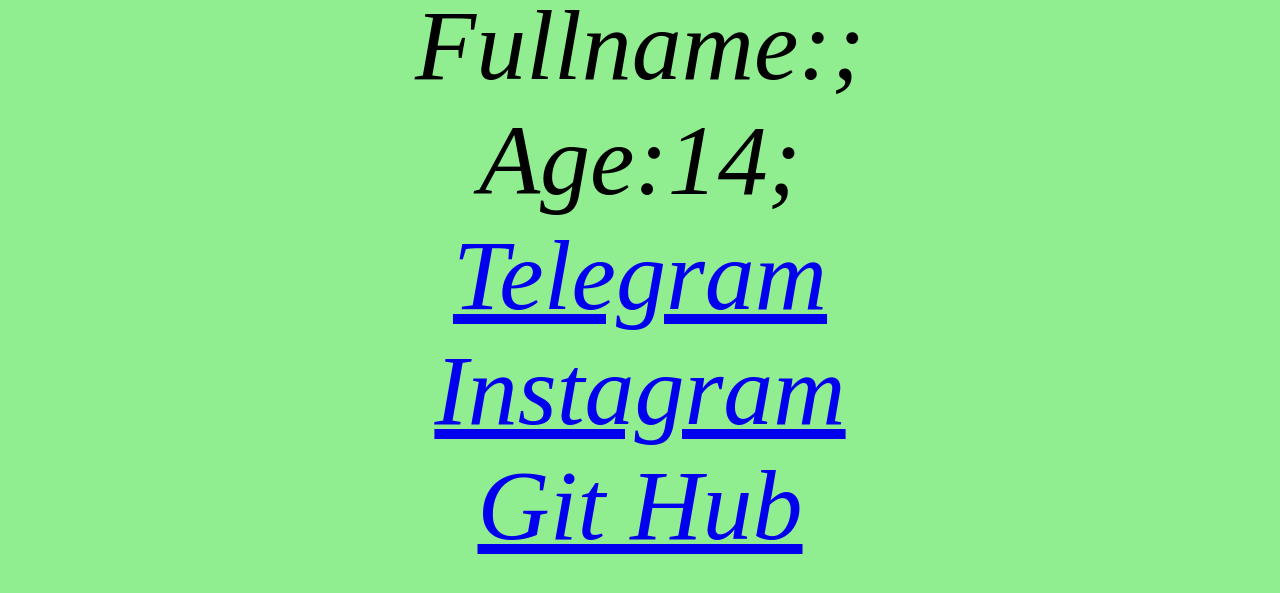
Repository: KHANas02/JS_first-lesson
Page: portfolio.html
The author's editor kept a copy of each file at every save. The page is drawn from the files as they stood at one save, then again after the next save.
The browser window is 1280 px wide. The pictures show the whole page.

Above is the page before, as saved 2024-03-23 09:49:40.

### portfolio.html
<!DOCTYPE html>
<html lang="en">
  <head>
    <meta charset="UTF-8" />
    <meta name="viewport" content="width=device-width, initial-scale=1.0" />
    <title>About me</title>
    <link rel="stylesheet" href="./index.html" />
    <style>
      body {
        background-color: lightgreen;
        text-align: center;
        position: relative;
        bottom: 20px;
      }
      a:hover {
        scale: 125%;
      }
      em:hover {
        scale: 90%;
      }
      em {
        font-size: 100px;
        font-weight: 100px;
      }
      a {
        color: lig;
        font-size: 100px;
        font-weight: 100px;
      }
    </style>
  </head>
  <body>
    <address>
      <em> Fullname:;</em>
      <br />
      <em> Age:14;</em><br />
      <a target="_blank" href="https://t.me/wzb_02">Telegram</a>
      <br />
      <a target="_blank" href="#">Instagram</a>
      <br />
      <a target="_blank" href="https://github.com/KHANas02">Git Hub</a>
    </address>
  </body>
</html>

### index.html
<!DOCTYPE html>
<html lang="en">
  <head>
    <meta charset="UTF-8" />
    <meta name="viewport" content="width=device-width, initial-scale=1.0" />
    <title>Market</title>
    <link rel="stylesheet" href="./style.css" />
  </head>
  <body>
    <video autoplay loop muted plays-inline class="background-video">
      <source
        src="https://github.com/ecemgo/mini-samples-great-tricks/assets/13468728/82f375e7-244f-4c21-90ac-9abd7549ed05"
        type="video/mp4"
      />
    </video>

    <input type="checkbox" id="check" />
    <label for="check" class="icons">
      <i class="bx bx-menu" id="menu-icon"></i>
      <i class="bx bx-x" id="close-icon"></i>
    </label>

    <nav class="navbar">
      <a target="_blank" href="#" class="nav-item" style="--i: 0">Home</a>
      <a target="_blank" href="#" class="nav-item" style="--i: 1">Book</a>
      <a target="_blank" href="#" class="nav-item" style="--i: 2">Favorites</a>
      <a target="_blank" href="#" class="nav-item" style="--i: 3">Contact</a>
      <a target="_blank" href="#" class="nav-item" style="--i: 4">About us</a>
      <a target="_blank" href="#" class="nav-item" style="--i: 5">Services</a>
      <a target="_blank" href="#" class="nav-item" style="--i: 6">Services</a>
      <a target="_blank" href="portfolio.html" class="nav-item" style="--i: 7"
        >Portfolio</a
      >
      <a target="_blank" href="sale.html" class="nav-item" style="--i: 6"
        >Sale</a
      >
      <a target="_blank" href="location.html" class="nav-item" style="--i: 6"
        >Our location</a
      >
      <a target="_blank" href="feedback.html" class="nav-item" style="--i: 8"
        >Feedback</a
      >
    </nav>

    <section class="content">
      <h1>Company</h1>
      <a href="#" class="btn light"></a>
    </section>

    <div class="container">
      <div class="card">
        <img src="photo_2024-02-25_17-26-45.jpg" />
        <div class="card__head">Costs:10.000 Sum</div>
      </div>
      <div class="card">
        <img src="photo_2024-02-26_21-07-56.jpg" />
        <div class="card__head">Costs:5.000 Sum</div>
      </div>

      <div class="card">
        <img src="photo_2024-02-26_21-07-54.jpg" />
        <div class="card__head">Costs:7.000 Sum</div>
      </div>

      <div class="card">
        <img src="photo_2024-03-22_22-08-20.jpg" />
        <div class="card__head">Costs:7.000 Sum</div>
      </div>
      <img class="card">
        <img src="photo_2024-03-22_22-21-49.jpg" />
        <div class="card__head">Costs:7.000 Sum</div>
      </img>
    </div>
  </body>
</html>

After the next save:
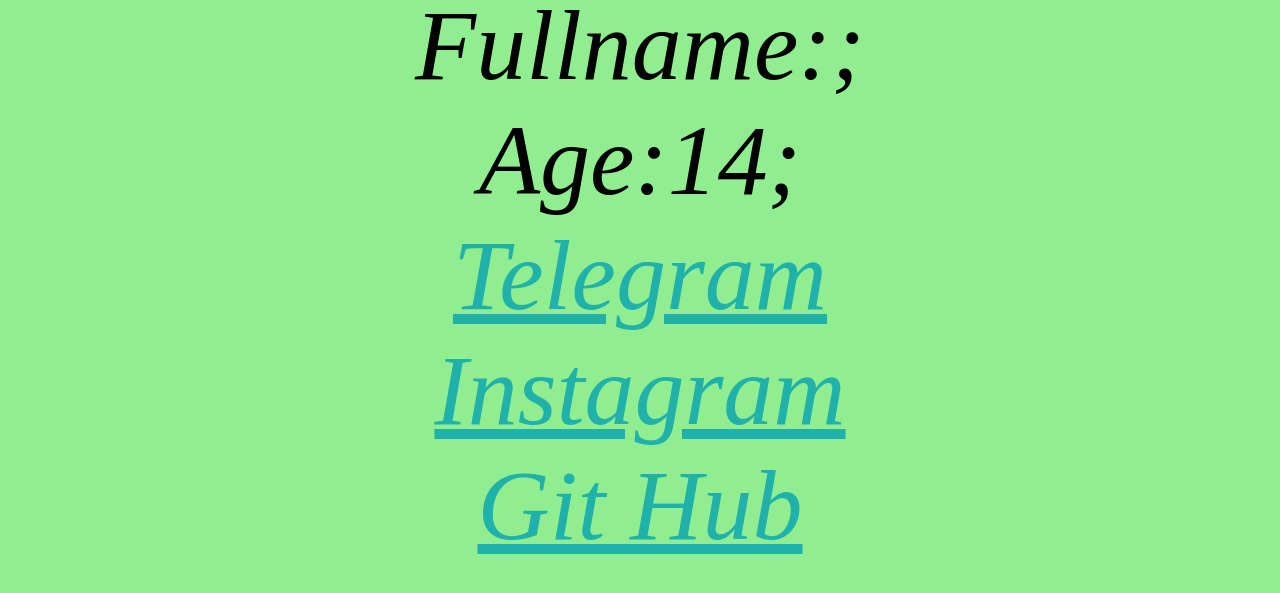
Saved 5 s later.
--- a/portfolio.html
+++ b/portfolio.html
@@ -23,7 +23,7 @@
         font-weight: 100px;
       }
       a {
-        color: lig;
+        color: lightseagreen;
         font-size: 100px;
         font-weight: 100px;
       }

After the 2 saves that followed:
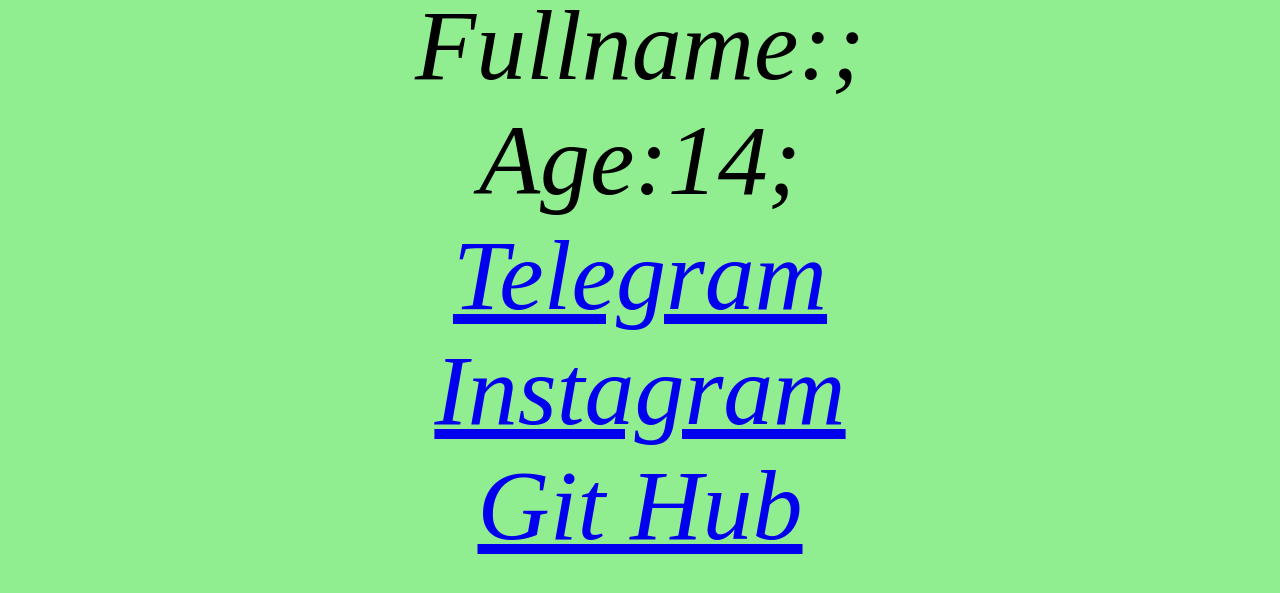
The 2 saves are shown as one change because they came seconds apart.
The last was saved 11 s later.
--- a/portfolio.html
+++ b/portfolio.html
@@ -23,7 +23,7 @@
         font-weight: 100px;
       }
       a {
-        color: lightseagreen;
+        color: light;
         font-size: 100px;
         font-weight: 100px;
       }
